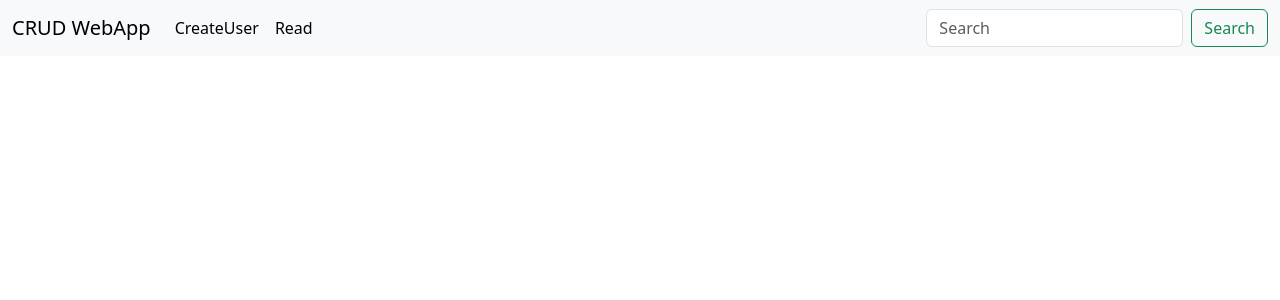
Repository: suraj-yadav7/createpost-redux
Page: /read
An editor plug-in stored every save of this project. The page is shown before and after the next save, followed by the edit.
The browser window is 1280 px wide. The pictures show the whole page.
The page's requests for data from a server got no answer. The project was rebuilt for these pictures with package versions that can differ from the ones it lists, and the page was loaded fresh each time. No one was signed in, and anything a server would have sent is missing. Also part of the build but not shown: vite.config.js, src/App.css, src/components/CreateData.jsx, src/index.css.

Above is the page before, as saved 2023-05-18 23:05:27.

### index.html
<!DOCTYPE html>
<html lang="en">
  <head>
    <meta charset="UTF-8" />
    <link rel="icon" type="image/svg+xml" href="/vite.svg" />
    <meta name="viewport" content="width=device-width, initial-scale=1.0" />
    <link href="https://cdn.jsdelivr.net/npm/bootstrap@5.3.0-alpha3/dist/css/bootstrap.min.css" rel="stylesheet" integrity="sha384-KK94CHFLLe+nY2dmCWGMq91rCGa5gtU4mk92HdvYe+M/SXH301p5ILy+dN9+nJOZ" crossorigin="anonymous">
    <title>CRUD WebApp</title>
  </head>
  <body>
    <div id="root"></div>
    <script type="module" src="/src/main.jsx"></script>
    <script src="https://cdn.jsdelivr.net/npm/bootstrap@5.3.0-alpha3/dist/js/bootstrap.bundle.min.js" integrity="sha384-ENjdO4Dr2bkBIFxQpeoTz1HIcje39Wm4jDKdf19U8gI4ddQ3GYNS7NTKfAdVQSZe" crossorigin="anonymous"></script>
  </body>
</html>
  </body>
</html>

### src/main.jsx
import React from 'react'
import ReactDOM from 'react-dom/client'
import App from './App.jsx'
import './index.css'
import { Provider } from 'react-redux'
import store from "./store/store.jsx"

ReactDOM.createRoot(document.getElementById('root')).render(
  <Provider store={store}>
    <App />
  </Provider>
)

### src/App.jsx
import React, { useState } from 'react'
import './App.css'
import Navbar from './components/Navbar'
import Read from './components/Read'
import { BrowserRouter as Router,Routes,Route } from 'react-router-dom'
import CreateData from './components/CreateData.jsx'

function App() {

  return (
    <>
    <Router>
    <Navbar />
    <Routes>
    <Route exact path="/" element={<CreateData />} />
    <Route exact path="/read" element={<Read />} />
    </Routes>
    </Router>
    </>
  )
}

export default App

### src/store/store.jsx
import { configureStore } from "@reduxjs/toolkit";
import userDetail from "./slice/userDetail"

const store = configureStore({
    reducer:{
        users:userDetail
    }
})

export default store;

### src/components/Navbar.jsx
import React from 'react'
import { Link } from 'react-router-dom'

const Navbar = () => {
  return (
    <>
      <nav className="navbar navbar-expand-lg bg-body-tertiary">
        <div className="container-fluid">
          <Link to="/" className="navbar-brand" >CRUD WebApp</Link>
          <button className="navbar-toggler" type="button" data-bs-toggle="collapse" data-bs-target="#navbarSupportedContent" aria-controls="navbarSupportedContent" aria-expanded="false" aria-label="Toggle navigation">
            <span className="navbar-toggler-icon"></span>
          </button>
          <div className="collapse navbar-collapse" id="navbarSupportedContent">
            <ul className="navbar-nav me-auto mb-2 mb-lg-0">
              <li className="nav-item">
                <Link to="/" className="nav-link active" aria-current="page" >CreateUser</Link>
              </li>
              <li className="nav-item">
                <Link to="/read" className="nav-link active" >Read</Link>
              </li>
            </ul>
            <form className="d-flex" role="search">
              <input className="form-control me-2" type="search" placeholder="Search" aria-label="Search" />
              <button className="btn btn-outline-success" type="submit">Search</button>
            </form>
          </div>
        </div>
      </nav>
    </>
  )
}

export default Navbar

### src/components/Read.jsx
import React, { useEffect } from 'react'
import { showUser } from '../store/slice/userDetail';
import { useSelector, useDispatch  } from 'react-redux';

const Read = () => {
    const userData = useSelector((state)=>{
        return state.users.user})
    const dispatch = useDispatch()
    useEffect(()=>{
        dispatch(showUser())
    },[])
    return (
        <>
        {
             userData && userData.map((data)=>(
                <div className="card w-50 mx-auto" key={data.id} >
                <div className="card-body">
                    <h5 className="card-title">User Details</h5>
                    <h6 className="card-subtitle mb-2 text-body-secondary">{data.name}</h6>
                    <p className="card-text">Email : {data.email}</p>
                    <p className="card-text">Age : {data.age}</p>
                    <a href="#" className="card-link">View</a>
                    <a href="#" className="card-link">Edit</a>
                    <a href="#" className="card-link">Delete</a>
                </div>
                </div>
               ))
        }
        </>
    )
};

export default Read;

### src/store/slice/userDetail.jsx
import { createSlice, createAsyncThunk } from "@reduxjs/toolkit";

export const createUser = createAsyncThunk("createUser", async(data, {rejectWithValue})=>{
    let response = await fetch("https://646273424dca1a661346b571.mockapi.io/crud",{
    method:"POST",
    headers:{
        "content-type":"application/json"
    },
    body:JSON.stringify(data)
                })

    try{
        let apiData = await response.json()
        console.log("The dat in createuser", apiData)
        return apiData
    }
    catch(error){
        rejectWithValue(error)
    }
} )

export const showUser = createAsyncThunk("showUser", async(arg,{rejectWithValue})=>{
    let response = await fetch("https://646273424dca1a661346b571.mockapi.io/crud")
    try{
        let apiData = await response.json()
        // console.log("the fetched", apiData)
        return apiData
    }
    catch(error){
        rejectWithValue(error)
    }
})

const userDetail= createSlice({
    name:"userDetail",
    initialState:{
        user:[],
        loading:false,
        error:null,
    },

    extraReducers:{
        [createUser.pending]:(state)=>{
            state.loading=true
        },
        [createUser.fulfilled]:(state,action)=>{
            state.user.push(action.payload)
        },
        [createUser.rejected]:(state,action)=>{
            state.error=action.payload.message
        },
        [showUser.pending]:(state)=>{
            state.loading=true
        },
        [showUser.fulfilled]:(state,action)=>{
            state.user= action.payload

        },
        [showUser.rejected]:(state,action)=>{
            state.error=action.payload
        }
    }

})

export default userDetail.reducer
export const {} = userDetail.actions

After the next save:
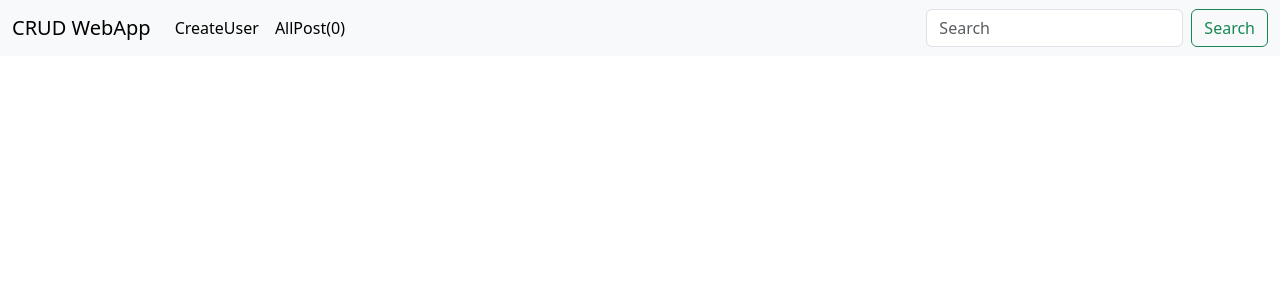
Saved 88 s later.
--- a/src/components/Navbar.jsx
+++ b/src/components/Navbar.jsx
@@ -1,7 +1,9 @@
 import React from 'react'
+import { useSelector } from 'react-redux'
 import { Link } from 'react-router-dom'
 
 const Navbar = () => {
+  const allusers = useSelector((state)=>state.users.user)
   return (
     <>
       <nav className="navbar navbar-expand-lg bg-body-tertiary">
@@ -16,7 +18,7 @@ const Navbar = () => {
                 <Link to="/" className="nav-link active" aria-current="page" >CreateUser</Link>
               </li>
               <li className="nav-item">
-                <Link to="/read" className="nav-link active" >Read</Link>
+                <Link to="/read" className="nav-link active" >AllPost({allusers.length})</Link>
               </li>
             </ul>
             <form className="d-flex" role="search">
